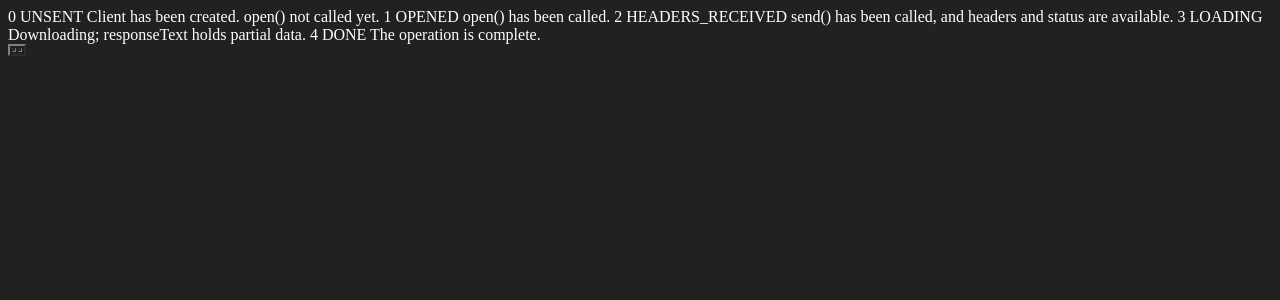
Repository: VishwaGoswami1407/JavaScript-Practice
Page: 09_advancd_one/ApiRequest.html
An editor plug-in stored every save of this project. The page is shown before and after the next save, followed by the edit.
The browser window is 1280 px wide. The pictures show the whole page.
The page's requests for data from a server got no answer.

Above is the page before, as saved 2024-07-13 14:15:54.
Console error (its wording comes from the project's code and is left out).

### 09_advancd_one/ApiRequest.html
<!DOCTYPE html>
<html lang="en">
<head>
    <meta charset="UTF-8">
    <meta name="viewport" content="width=device-width, initial-scale=1.0">
    <title>Document</title>
</head>
<body style="background-color: #212121; color: white;">
    0	UNSENT	Client has been created. open() not called yet.
1	OPENED	open() has been called.
2	HEADERS_RECEIVED	send() has been called, and headers and status are available.
3	LOADING	Downloading; responseText holds partial data.
4	DONE	The operation is complete.


<table border="2">
    <tr>
        <td id="photo"></td>
        <td id="followers"></td>
    </tr>
</table>
</body>
<script>
    let requestUrl = 'https://api.github.com/users/VishwaGoswami1407'
    const xhr = new XMLHttpRequest();
    xhr.open('GET', requestUrl);
    xhr.onreadystatechange = function(){
        console.log(xhr.readyState);
        if(xhr.readyState === 4){
            const data = JSON.parse(this.responseText);
            console.log(typeof data);
            console.log(data.followers);
        }
    }
    document.getElementById('photo').addEventListener('')
    xhr.send();

</script>
</html>

After the next save:
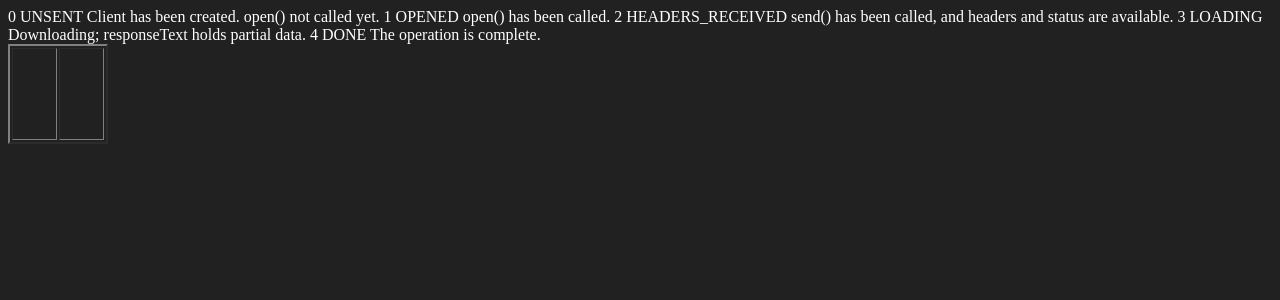
Saved 22 s later.
--- a/09_advancd_one/ApiRequest.html
+++ b/09_advancd_one/ApiRequest.html
@@ -13,7 +13,7 @@
 4	DONE	The operation is complete.
 
 
-<table border="2">
+<table border="2" width="100px" height="100px">
     <tr>
         <td id="photo"></td>
         <td id="followers"></td>
